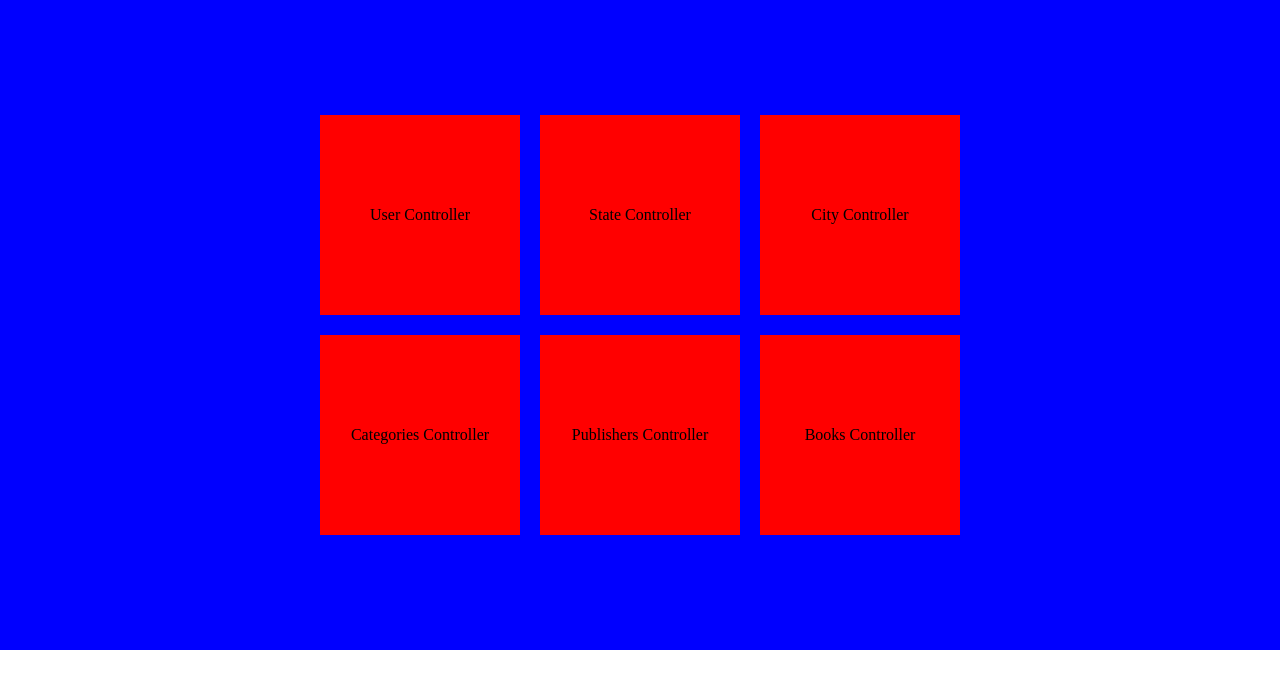
Repository: matheussgiovanella/Projeto-Livraria
Page: front/html/menu.html
These files come from the project's save history. The page is drawn as it stood at one moment and after the next save; the edit follows.
The browser window is 1280 px wide. The pictures show the whole page.

Above is the page before, as saved 2022-09-09 13:20:40.

### front/html/menu.html
<!DOCTYPE html>
<html>

<head>
    <title>Menu</title>
    <meta charset="utf-8" />
    <link rel="stylesheet" href="../styles/base/reset.css" />
    <link rel="stylesheet" href="../styles/menu.css" />
</head>

<body>
    <div class="container">
        <a href="./userControl.html" class="option">User Controller</a>

        <a href="./stateControl.html" class="option">State Controller</a>

        <a href="./cityControl.html" class="option">City Controller</a>

        <a href="./categoryControl.html" class="option">Categories Controller</a>

        <a href="./publisherControl.html" class="option">Publishers Controller</a>

        <a href="./bookControl.html" class="option">Books Controller</a>
    </div>
</body>

</html>

### front/styles/menu.css
.container {
    background-color: blue;
    padding: 115px;
    display: grid;
    grid-template-columns: auto auto auto;
    align-items: center;
    justify-content: center;
    gap: 20px;
}
.option {
    background-color: red;
    width: 200px;
    height: 200px;
    display: flex;
    align-items: center;
    justify-content: center;
    color: black;
    text-decoration: none;
}

Loaded but not shown: front/styles/base/reset.css (common file)

After the next save:
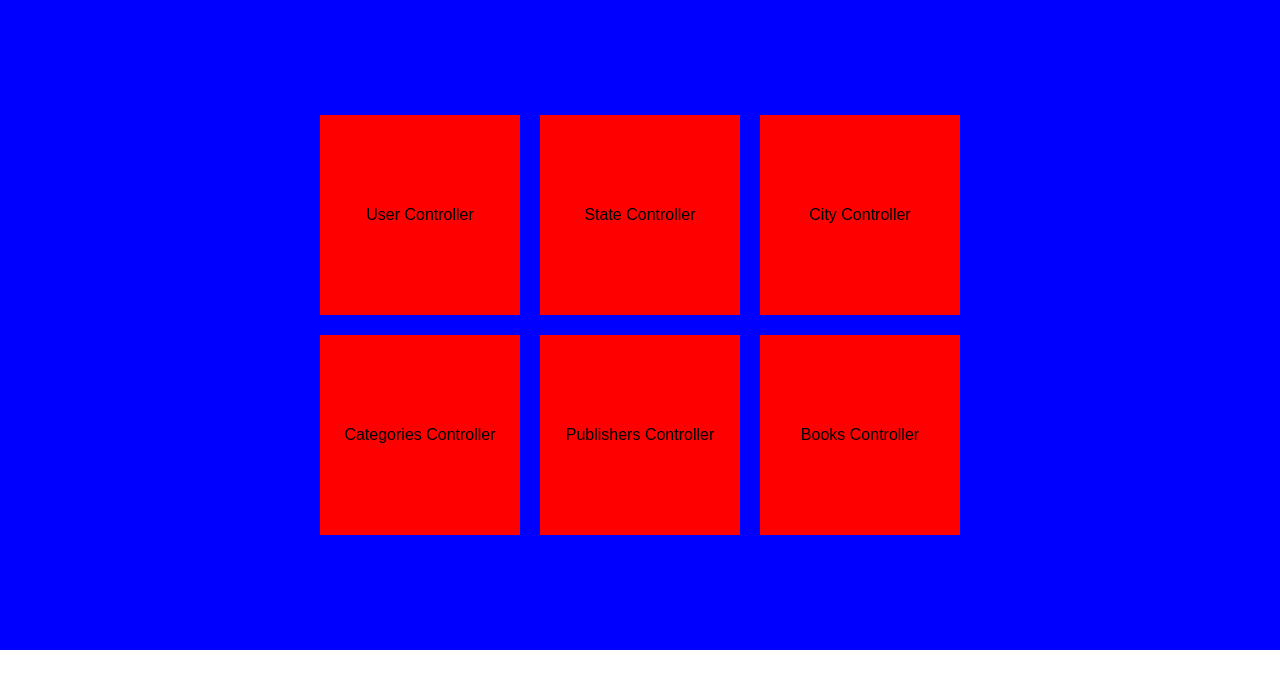
Saved 42 s later.
--- a/front/styles/menu.css
+++ b/front/styles/menu.css
@@ -1,3 +1,7 @@
+* {
+    font-family: 'Montserrat', sans-serif !important;
+}
+
 .container {
     background-color: blue;
     padding: 115px;
